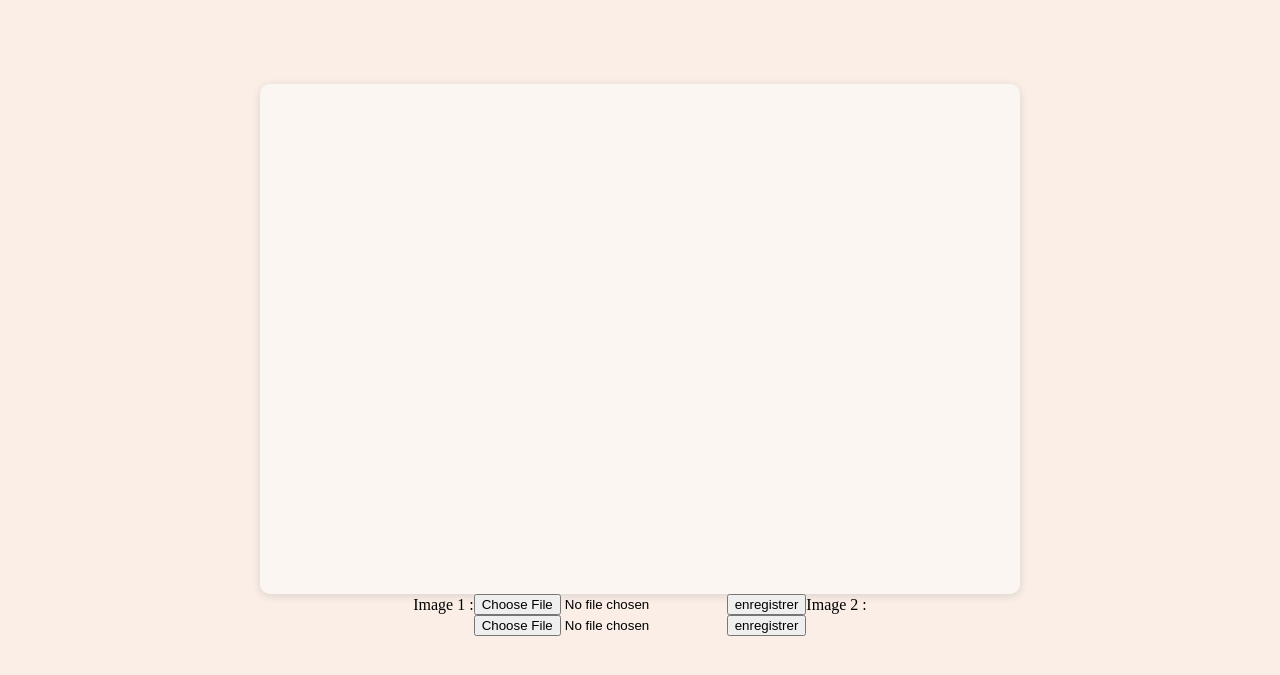
Repository: Lucas-Cassan/img-assembler
Page: / (app in frontend/)
An editor plug-in stored every save of this project. The page is shown before and after the next save, followed by the edit.
The browser window is 1280 px wide. The pictures show the whole page.
The project was rebuilt for these pictures with package versions that can differ from the ones it lists, and the page was loaded fresh each time.

Above is the page before, as saved 2022-02-02 15:13:47.

After the next save:
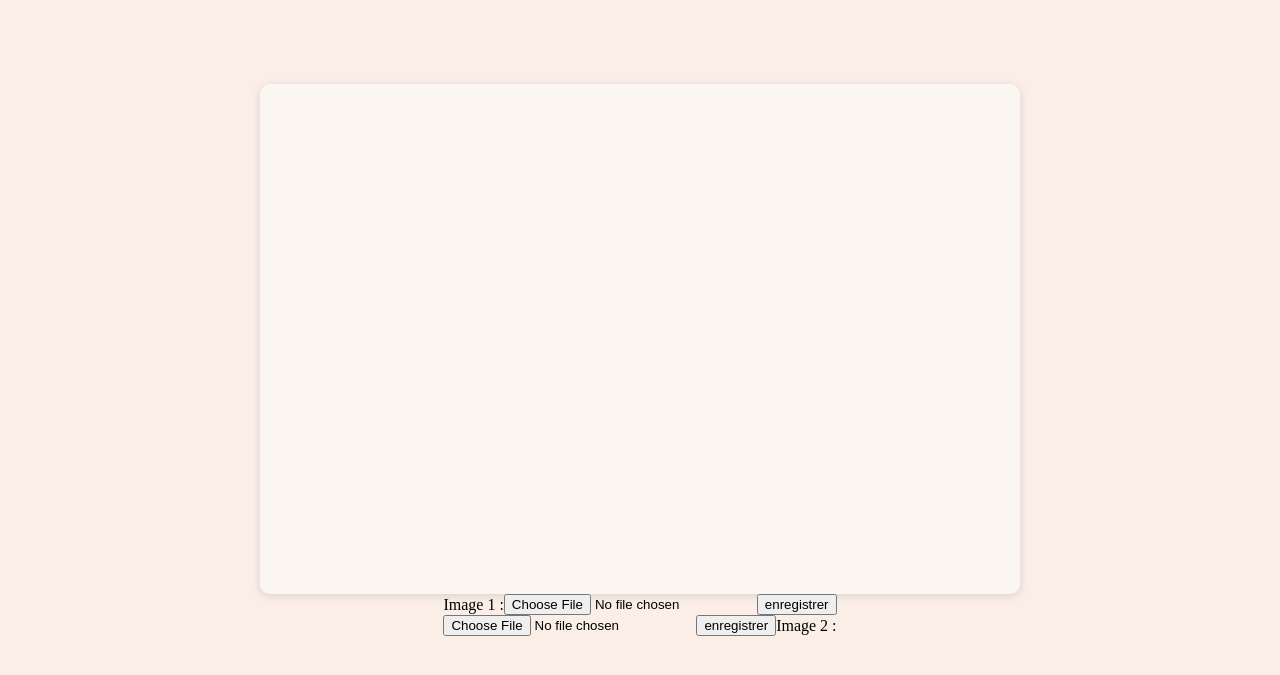
Saved 61 s later.
--- a/frontend/src/pages/Fusiooooon.js
+++ b/frontend/src/pages/Fusiooooon.js
@@ -50,7 +50,6 @@ const Fusiooooon = () => {
           onChange={(e) => setFile1(e.target.files[0])}
         />
         <input type="submit" value="enregistrer" />
-        <label htmlFor="">Image 2 : </label>
       </form>
       <form action="" onSubmit={handleSubmit2}>
         <input
@@ -61,6 +60,7 @@ const Fusiooooon = () => {
           onChange={(e) => setFile2(e.target.files[0])}
         />
         <input type="submit" value="enregistrer" />
+        <label htmlFor="">Image 2 : </label>
       </form>
     </>
   );
